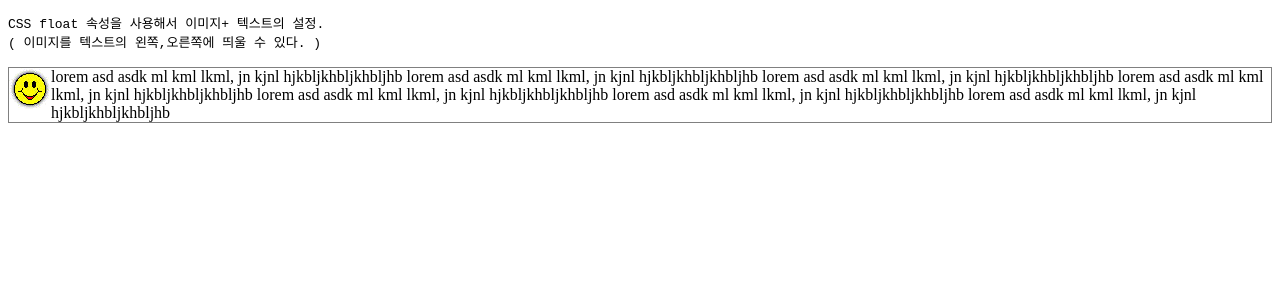
Repository: donggri1/WORKSPACE
Page: WebClass/webPro/src/main/webapp/html/days03/ex02.html
The author's editor kept a copy of each file at every save. The page is drawn from the files as they stood at one save, then again after the next save.
The browser window is 1280 px wide. The pictures show the whole page.

Above is the page before, as saved 2024-03-26 00:30:41.

After the next save:
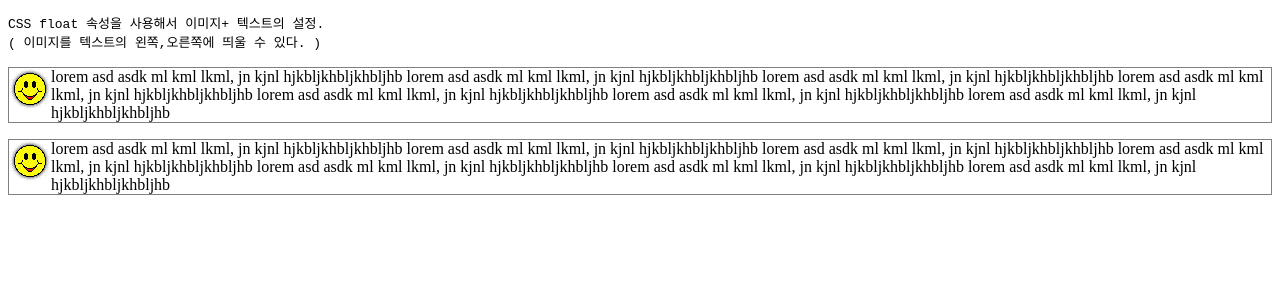
Saved 17 s later.
--- a/WebClass/webPro/src/main/webapp/html/days03/ex02.html
+++ b/WebClass/webPro/src/main/webapp/html/days03/ex02.html
@@ -31,6 +31,17 @@ CSS float 속성을 사용해서 이미지+ 텍스트의 설정.
 	lorem asd asdk ml kml lkml, jn kjnl hjkbljkhbljkhbljhb
 </p>
 
+<p>
+	<img style="float:left; width:42px;height:42px;" src="../images/smiley.gif">
+	lorem asd asdk ml kml lkml, jn kjnl hjkbljkhbljkhbljhb
+	lorem asd asdk ml kml lkml, jn kjnl hjkbljkhbljkhbljhb
+	lorem asd asdk ml kml lkml, jn kjnl hjkbljkhbljkhbljhb
+	lorem asd asdk ml kml lkml, jn kjnl hjkbljkhbljkhbljhb
+	lorem asd asdk ml kml lkml, jn kjnl hjkbljkhbljkhbljhb
+	lorem asd asdk ml kml lkml, jn kjnl hjkbljkhbljkhbljhb
+	lorem asd asdk ml kml lkml, jn kjnl hjkbljkhbljkhbljhb
+</p>
+
 
 
 </body>
